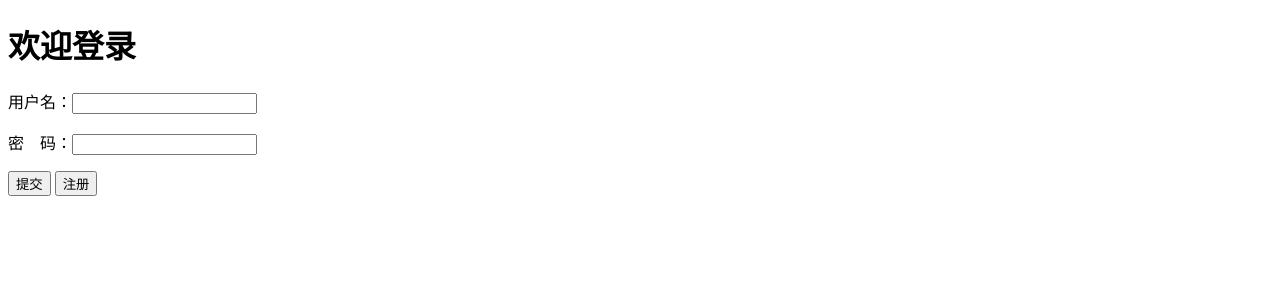
Repository: Nicoleqwerty/2018-
Page: web/hw3/WebContent/Login.html
These files come from the project's save history. The page is drawn as it stood at one moment and after the next save; the edit follows.
The browser window is 1280 px wide. The pictures show the whole page.

Above is the page before, as saved 2018-07-03 11:30:04.

After the next save:
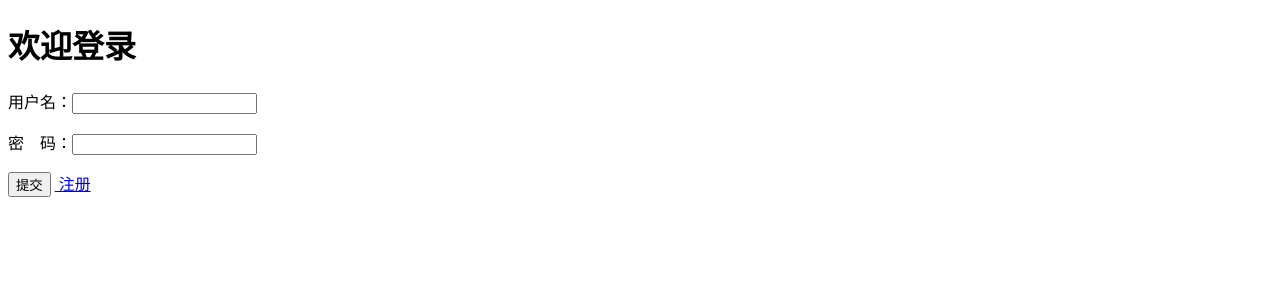
Saved 4 min 16 s later.
--- a/web/hw3/WebContent/Login.html
+++ b/web/hw3/WebContent/Login.html
@@ -5,9 +5,6 @@
 <title>登录</title>
 </head>
 <script type="text/javascript" src="D:\2018SUMMER实训\jquery-1.7.2.js"></script>
-<script type="text/javascript">
-
-</script>
 <body>
 	<h1>欢迎登录</h1>
 	<div>
@@ -18,8 +15,8 @@
 			<p align="left">
 				密&nbsp;&nbsp;&nbsp;&nbsp;码：<input name="mm" type="password">
 			</p>
-			<input type="submit" value="提交"> <input type="button"
-				value="注册" id="registerBtn">
+			<input type="submit" value="提交">
+			<a href="register.html" >&nbsp;注册</a>
 		</form>
 	</div>
 </body>
